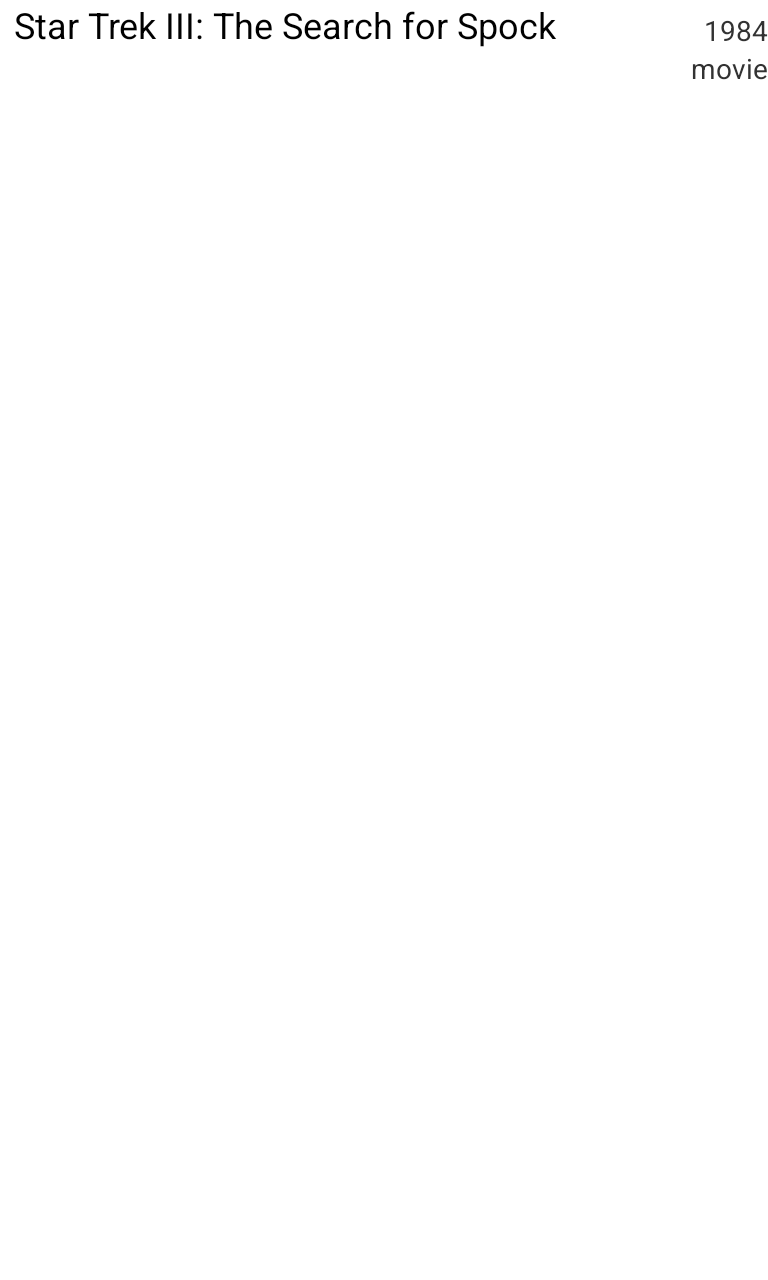
Repository: laurenelder/Java2_Elder
Layout: MovieLookup/res/layout/custom_list_item.xml
The author's editor kept a copy of each file at every save. The layout is drawn from the files as they stood at one save, then again after the next save.
It is drawn on a 768 x 1280 px phone screen (xhdpi) without system bars, with theme AppTheme; the app's code is not run.

Above is the layout before, as saved 2014-07-10 22:45:13.

After the next save:
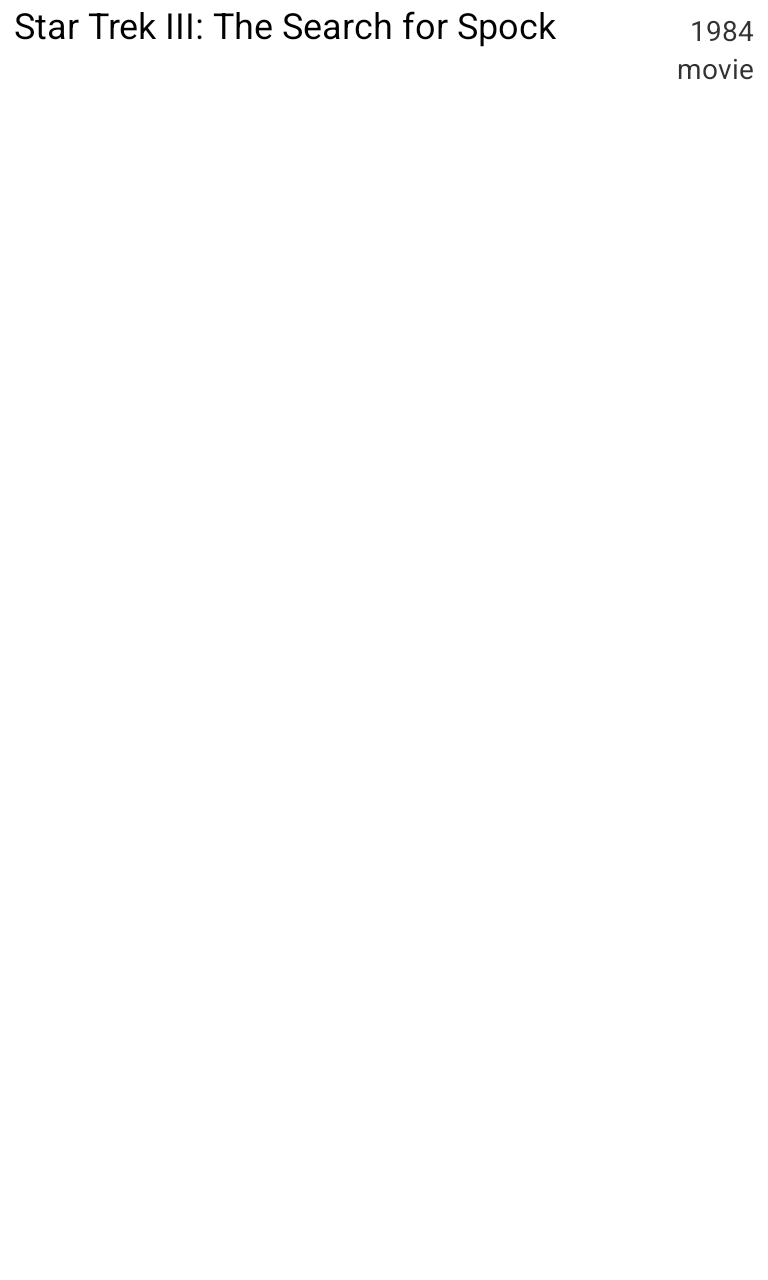
Saved 2 min 41 s later.
--- a/MovieLookup/res/layout/custom_list_item.xml
+++ b/MovieLookup/res/layout/custom_list_item.xml
@@ -19,6 +19,7 @@
         android:layout_height="wrap_content"
         android:layout_alignBottom="@+id/movieTitle"
         android:layout_alignParentRight="true"
+        android:layout_marginRight="7dp"
         android:text="1984"
         android:textAppearance="?android:attr/textAppearanceSmall" />
 
@@ -28,6 +29,7 @@
         android:layout_height="wrap_content"
         android:layout_alignParentRight="true"
         android:layout_below="@+id/movieYear"
+        android:layout_marginRight="7dp"
         android:text="movie"
         android:textAppearance="?android:attr/textAppearanceSmall" />
 
